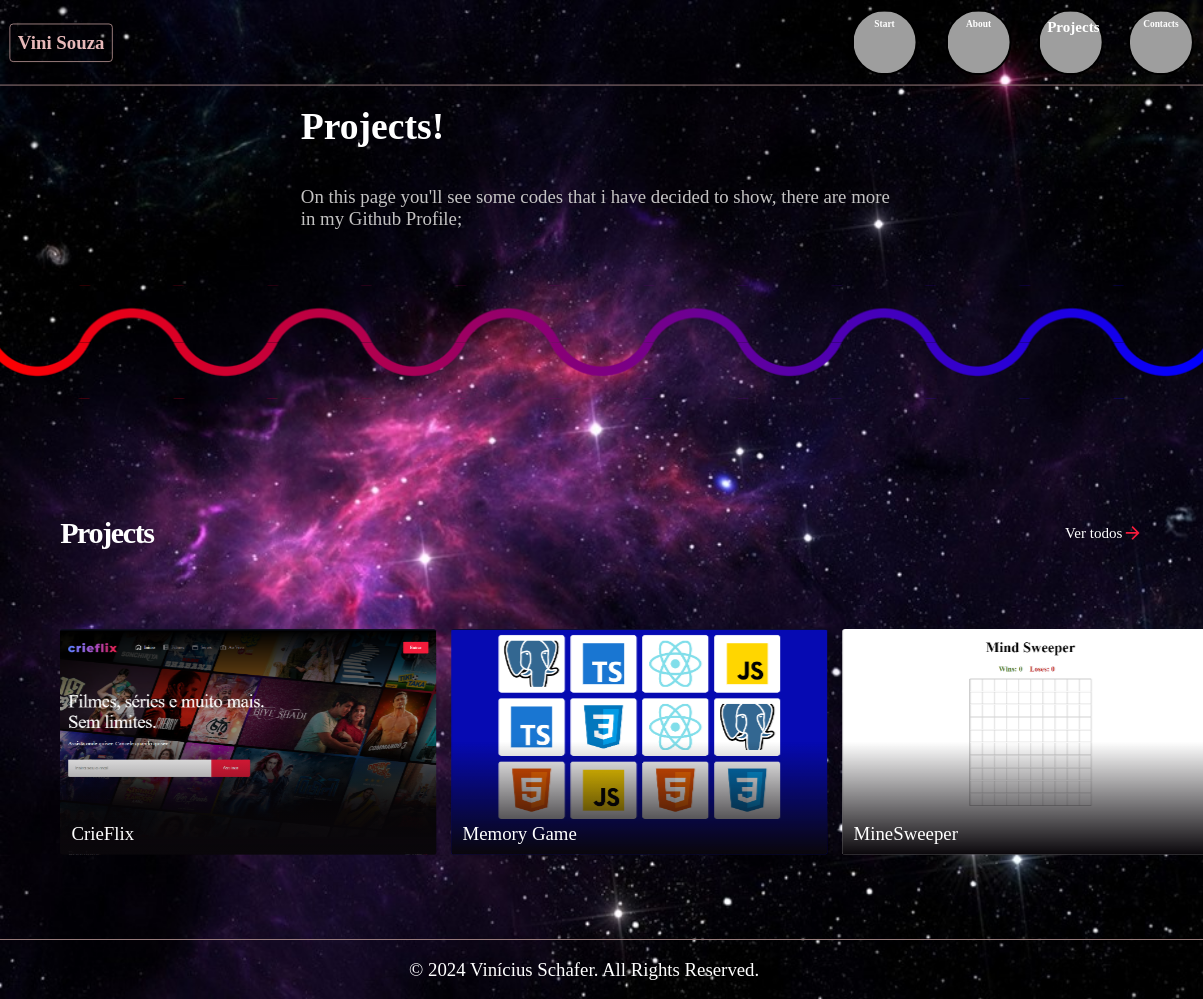
Repository: ViniSouza32/ViniSouza32.github.io
Page: ProjectsScreen/index.html
The author's editor kept a copy of each file at every save. The page is drawn from the files as they stood at one save, then again after the next save.
The browser window is 1280 px wide. The pictures show the whole page, at 94% of full size.
Pictures or frames that could not be fetched are drawn as grey boxes.

Above is the page before, as saved 2024-08-26 01:14:53.

After the next save:
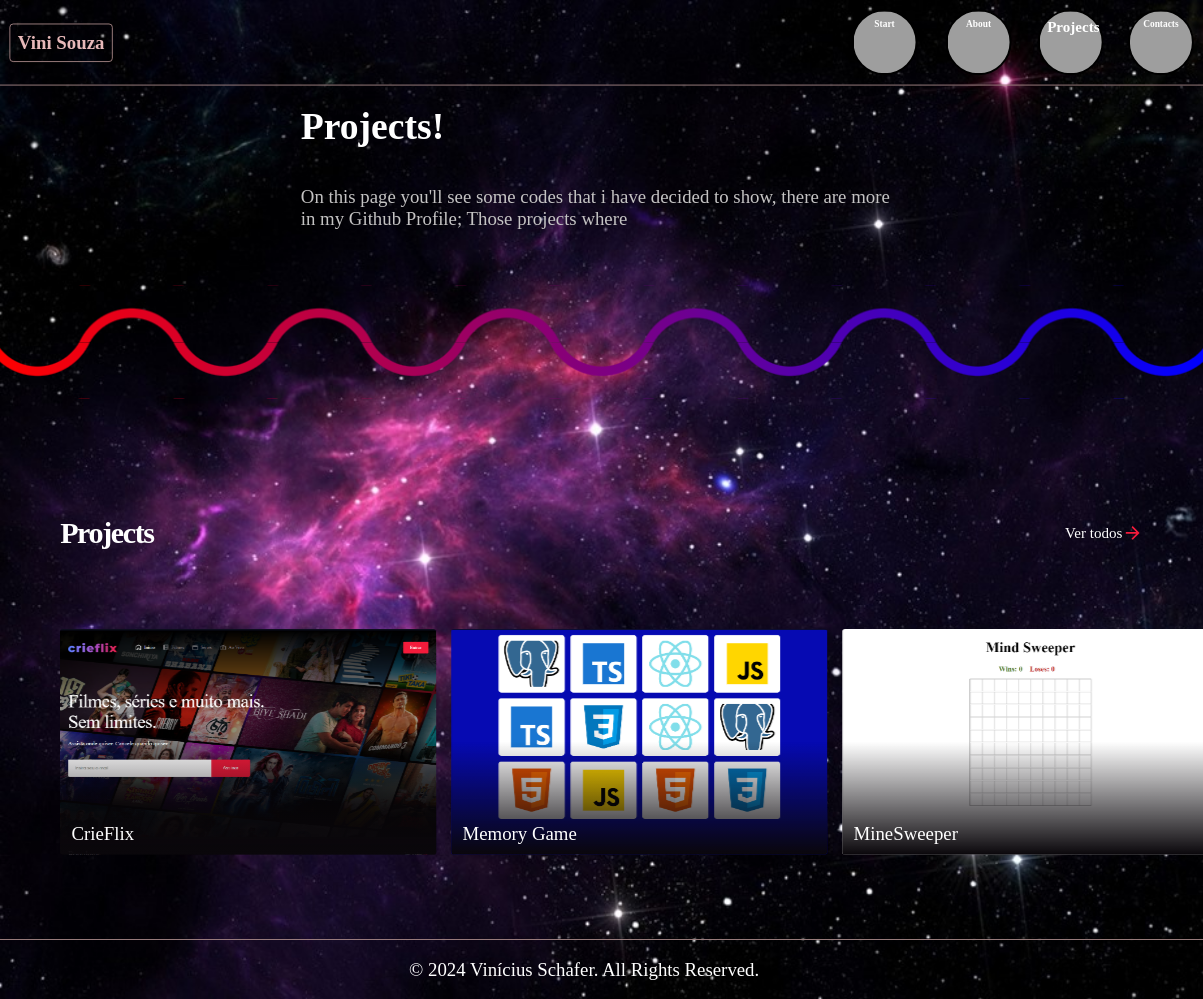
Saved 9 s later.
--- a/ProjectsScreen/index.html
+++ b/ProjectsScreen/index.html
@@ -50,7 +50,7 @@
 
       <p class="desc-text">
         On this page you'll see some codes that i have decided to show,
-        there are more in my Github Profile;
+        there are more in my Github Profile; Those projects where
       </p>
     </div>
     <div class="box"></div>
